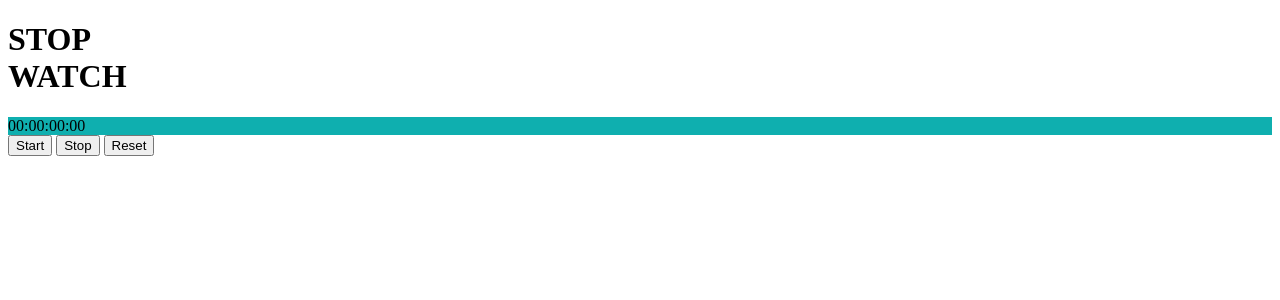
Repository: prakash872/StopWatch
Page: index.html
The author's editor kept a copy of each file at every save. The page is drawn from the files as they stood at one save, then again after the next save.
The browser window is 1280 px wide. The pictures show the whole page.

Above is the page before, as saved 2025-06-23 21:53:58.

### index.html
<!DOCTYPE html>
<html lang="en">
<head>
    <meta charset="UTF-8">
    <meta name="viewport" content="width=device-width, initial-scale=1.0">
    <title>Document</title>
    <link rel="stylesheet" href="style.css">
</head>
<body>
    <h1  id="myH1">STOP WATCH</h1>
    <div id="container">
     <div id="display">
        00:00:00:00
     </div>
     <div id="controls">
        <button id="btn-start">Start</button>
        <button id="btn-stop">Stop</button>
        <button id="btn-reset">Reset</button>
     </div>
    </div>
</body>
</html>

### style.css
#myH1{
    width: 200px;
    max-width: 125px;
}
#display{
    width: 100%;
    background-color: rgb(15, 175, 175);
}

After the next save:
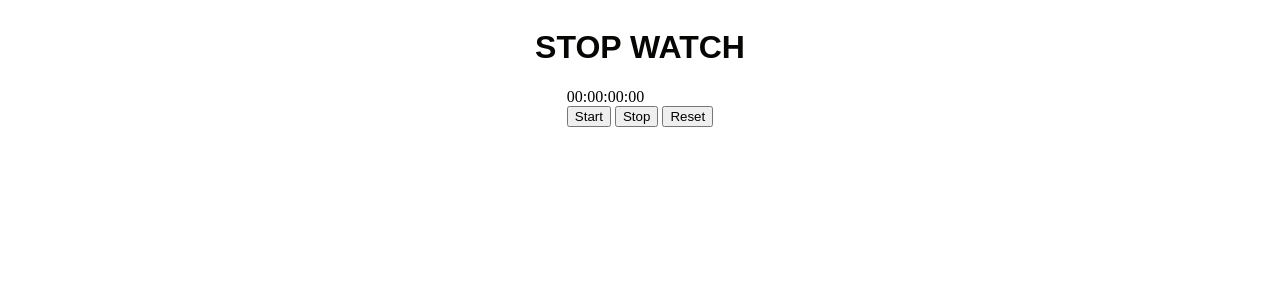
Saved 21 h 10 min later.
--- a/style.css
+++ b/style.css
@@ -1,8 +1,23 @@
+body{
+    display: flex;
+    flex-direction: column;
+    justify-content: center;
+    align-items: center;
+}
+.container{
+    display: flex;
+    flex-direction: column;
+    align-items: center;
+    justify-items: center;
+    border: 5px solid black;
+}
 #myH1{
-    width: 200px;
-    max-width: 125px;
+
+
+    color: hsl(60, 11%, 2%);
+    font-family: Arial, Helvetica, sans-serif;
 }
 #display{
-    width: 100%;
-    background-color: rgb(15, 175, 175);
+
+
 }
